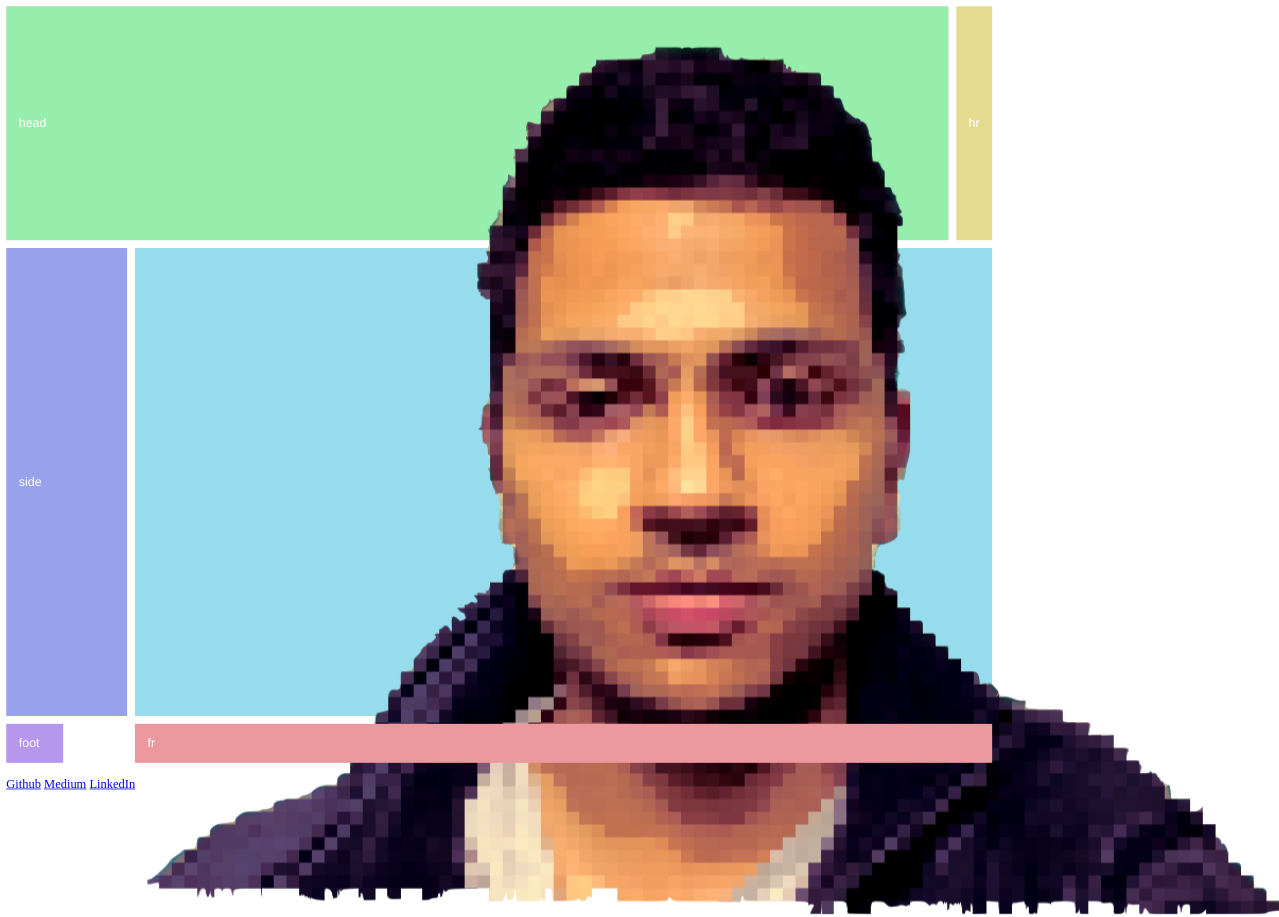
Repository: SamirIngley/html-semantic
Page: templates/index.html
These files come from the project's save history. The page is drawn as it stood at one moment and after the next save; the edit follows.
The browser window is 1280 px wide. The page is 1640 px wide, so the pictures cover 1640 px, including what lies to the right of the window. The pictures show the whole page, at 78% of full size.

Above is the page before, as saved 2020-02-06 07:54:05.

After the next save:
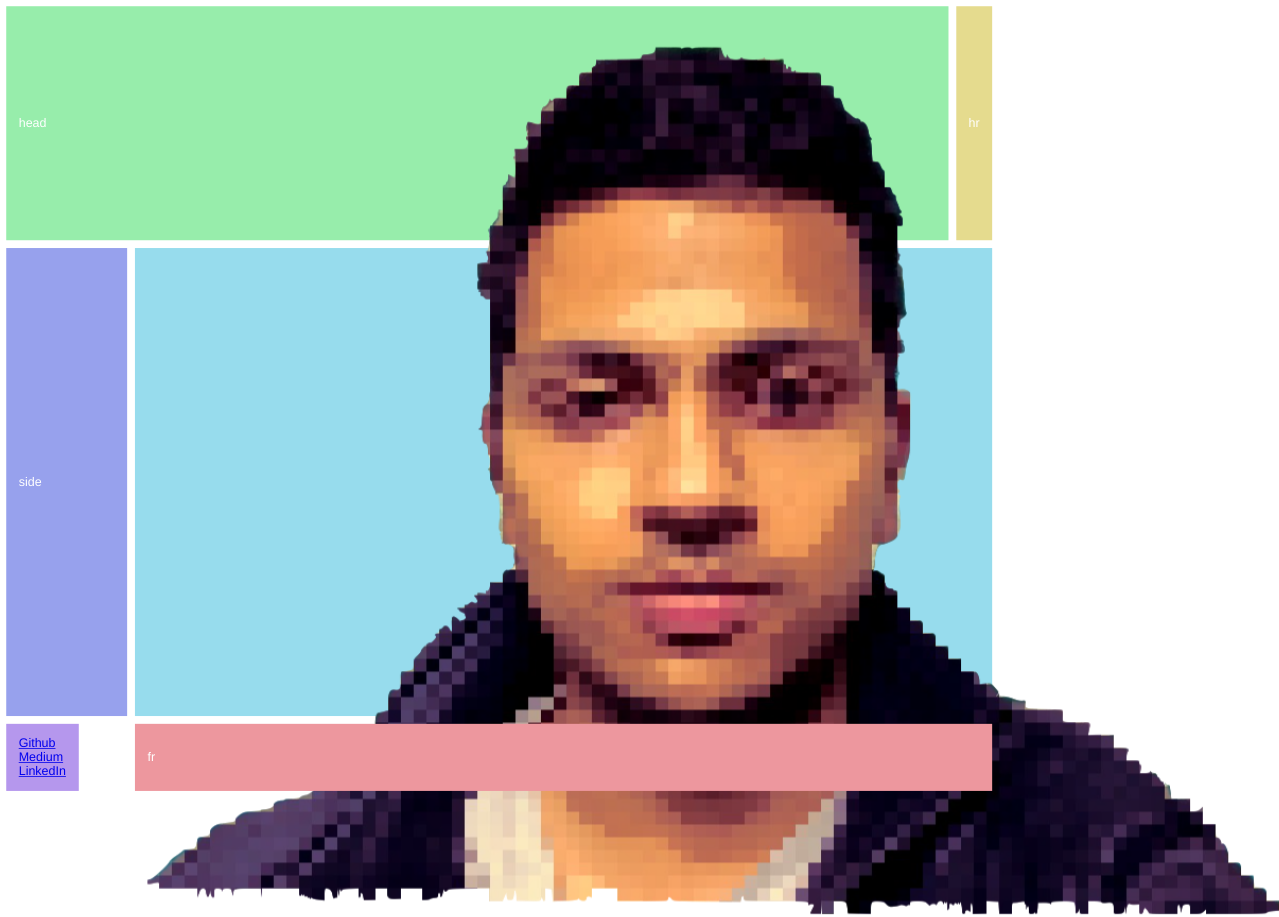
Saved 79 s later.
--- a/templates/index.html
+++ b/templates/index.html
@@ -25,7 +25,9 @@
         </div>
 
         <div class="footer">
-            <div>foot</div>
+            <div><a href="https://github.com/SamirIngley">Github</a>
+                <a href="https://medium.com/@SamirIngle">Medium</a>
+                <a href="https://www.linkedin.com/in/samiringle/">LinkedIn</a></div>
         </div>
 
         <div class="footer-right">
@@ -35,9 +37,6 @@
         </div>
 
         <br>
-        <a href="https://github.com/SamirIngley">Github</a>
-        <a href="https://medium.com/@SamirIngle">Medium</a>
-        <a href="https://www.linkedin.com/in/samiringle/">LinkedIn</a>
     </div>
 
 </html>
